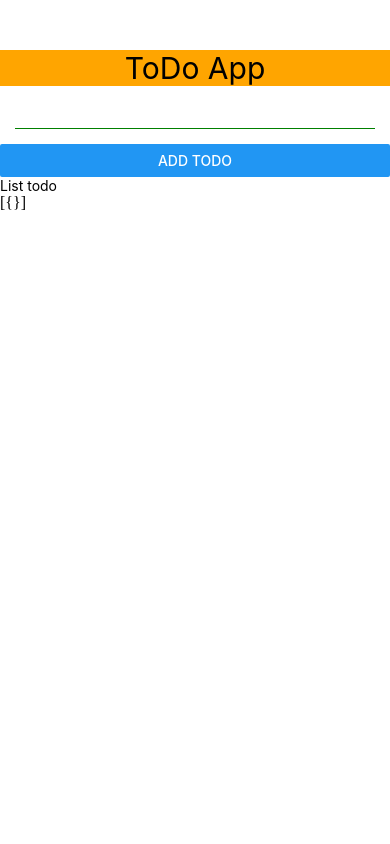
Repository: Ducbii4202/React-Native
Screen: /
The author's editor kept a copy of each file at every save. The screen is drawn from the files as they stood at one save, then again after the next save.
The app was drawn by React Native's web renderer in a window 390 px wide. The project was rebuilt for these pictures with package versions that can differ from the ones it lists, and the page was loaded fresh each time.

Above is the screen before, as saved 2024-09-15 21:13:06.

After the next save:
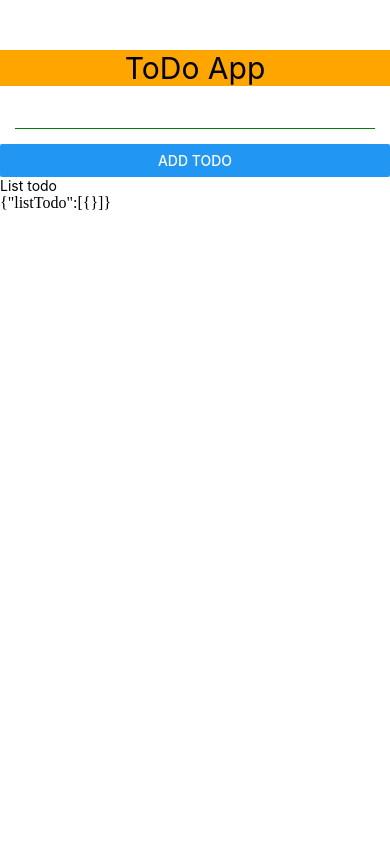
Saved 10 s later.
--- a/App.tsx
+++ b/App.tsx
@@ -27,7 +27,7 @@ export default function App() {
       {/* list todo */}
       <View>
         <Text>List todo</Text>
-        {JSON.stringify(listTodo)}
+        {JSON.stringify({listTodo})}
       </View>
 
     </View>
